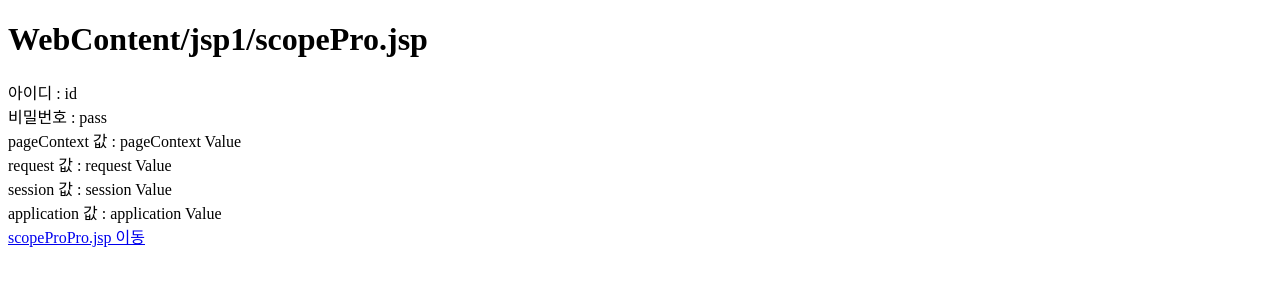
Repository: ReadStar/workspace_jsp
Page: http://localhost/StudyJSP/jsp1/scopePro.jsp
The author's editor kept a copy of each file at every save. The page is drawn from the files as they stood at one save, then again after a run of saves.
The browser window is 1280 px wide. The pictures show the whole page.
The page is served by Tomcat 9. Other server files are loaded and not shown.

Above is the page before, as saved 2020-08-13 02:16:37.

### StudyJSP/WebContent/jsp1/scopePro.jsp
<%@ page language="java" contentType="text/html; charset=UTF-8"
    pageEncoding="UTF-8"%>
<!DOCTYPE html>
<html>
<head>
<meta charset="UTF-8">
<title>Insert title here</title>
</head>
<body>
<h1>WebContent/jsp1/scopePro.jsp</h1>
<%
//request에 저장된 id파라미터 가져오기 변수 저장
String id = request.getParameter("id");
String pass = request.getParameter("pass");
//내장객체생성하고 page Context request session application
//영역(내장객체 유지영역) 		내장(영역)객체				유효범위
//page										pageContext				해당페이지만 정보유지
//request									request						클라이언트에서 요청정보받았으면 정보유지
//session									session						접속정보유지(페이지 상관 없이 접속만 되어 있으면 유지)
//application 							application					웹애플리케이션이 실행(서버 start)되는 동안 유지

//내장객체 값 저장 내장객체.setAttribute(이름, 값)
// 			  가져오기 내장객체.getAttribute(이름)
//			  하나삭제 내장객체.removeAttribute(이름)
pageContext.setAttribute("page", "pageContext Value");
request.setAttribute("req","request Value");
session.setAttribute("ses", "session Value");
application.setAttribute("app", "application Value");
%>
아이디 : <%="id" %><br>
비밀번호 : <%="pass" %><br>
pageContext 값 : <%=pageContext.getAttribute("page") %><br>
request 값 : <%=request.getAttribute("req") %><br>
session 값 : <%=session.getAttribute("ses") %><br>
application 값 : <%=application.getAttribute("app") %><br>
<a href="scopeProPro.jsp?id=<%=id%>&pass=<%=pass%>">scopeProPro.jsp 이동</a>
<%-- <a href="scopeProPro.jsp?pass=<%=pass%>">scopeProPro.jsp이동</a> --%>
<script type = "text/javascript">
// 	alert("scopeProPro.jsp로 이동");
<%-- 	location.href = "scopeProPro.jsp?id=<%=id%>&pass=<%=pass%>" --%>
</script>
<%
//  		response.sendRedirect("scopeProPro.jsp?id="+id+"&pass="+pass);  //<<- jsp
%>
<%
//액션태그 : jsp문법, jsp명령을 태그처럼 사용할 수 있게 만든 문법
//					forward, include, useBean, setAttribute
//foward 액션태그 : 현페이지 request모든 정보를 들고 다음 페이지로 이동
//							 : 주소줄에서는 현 페이지주소 화면에는 다음페이지 실행화면이 보임
%>
</body>
</html>

### StudyJSP/WebContent/jsp1/scopeProPro.jsp
<%@ page language="java" contentType="text/html; charset=UTF-8"
    pageEncoding="UTF-8"%>
<!DOCTYPE html>
<html>
<head>
<meta charset="UTF-8">
<title>Insert title here</title>
</head>
<body>
<h1>WebContent/jsp1/scopeProPro.jsp</h1>
<% //request저장된 id파라미터 가져오기 변수 id저장
String id=request.getParameter("id");
String pass=request.getParameter("pass");
%>
아이디 : <%=id %><br>
비밀번호 : <%=pass %><br>
pageContext 값 : <%=pageContext.getAttribute("page") %><br>
request 값 : <%=request.getAttribute("req") %><br>
session 값 : <%=session.getAttribute("ses") %><br>
application 값 : <%=application.getAttribute("app") %><br>
</body>
</html>

After the next 2 saves:
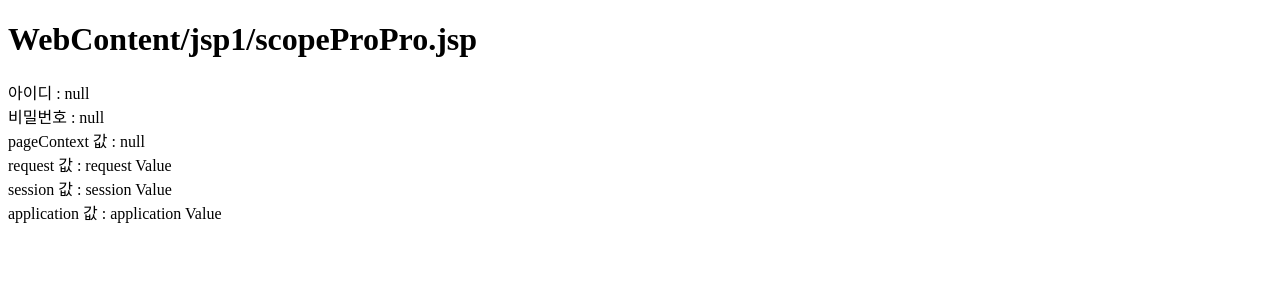
The 2 saves are shown as one change because 1 did not build or start.
The last was saved 2 min 18 s later.
--- a/StudyJSP/WebContent/jsp1/scopePro.jsp
+++ b/StudyJSP/WebContent/jsp1/scopePro.jsp
@@ -48,5 +48,6 @@
 //foward 액션태그 : 현페이지 request모든 정보를 들고 다음 페이지로 이동
 //							 : 주소줄에서는 현 페이지주소 화면에는 다음페이지 실행화면이 보임
 %>
+<jsp:forward page="scopeProPro.jsp"/>
 </body>
 </html>

After the save that followed:
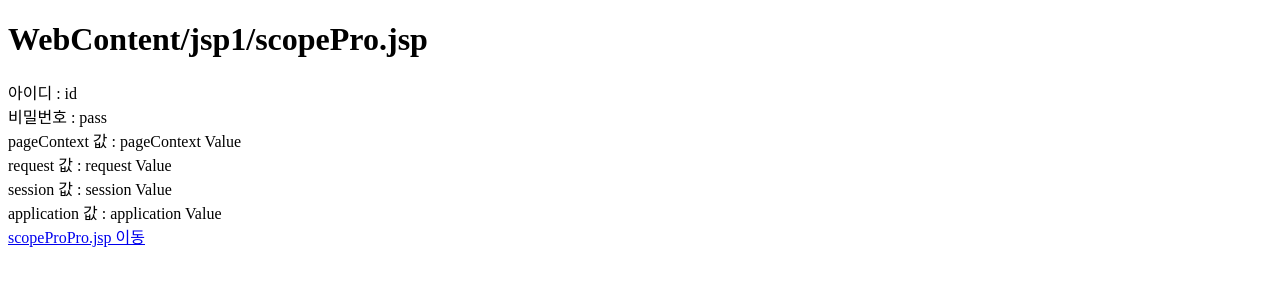
Saved 9 min 30 s later.
--- a/StudyJSP/WebContent/jsp1/scopePro.jsp
+++ b/StudyJSP/WebContent/jsp1/scopePro.jsp
@@ -48,6 +48,6 @@
 //foward 액션태그 : 현페이지 request모든 정보를 들고 다음 페이지로 이동
 //							 : 주소줄에서는 현 페이지주소 화면에는 다음페이지 실행화면이 보임
 %>
-<jsp:forward page="scopeProPro.jsp"/>
+<%-- <jsp:forward page="scopeProPro.jsp"/> --%>
 </body>
 </html>
